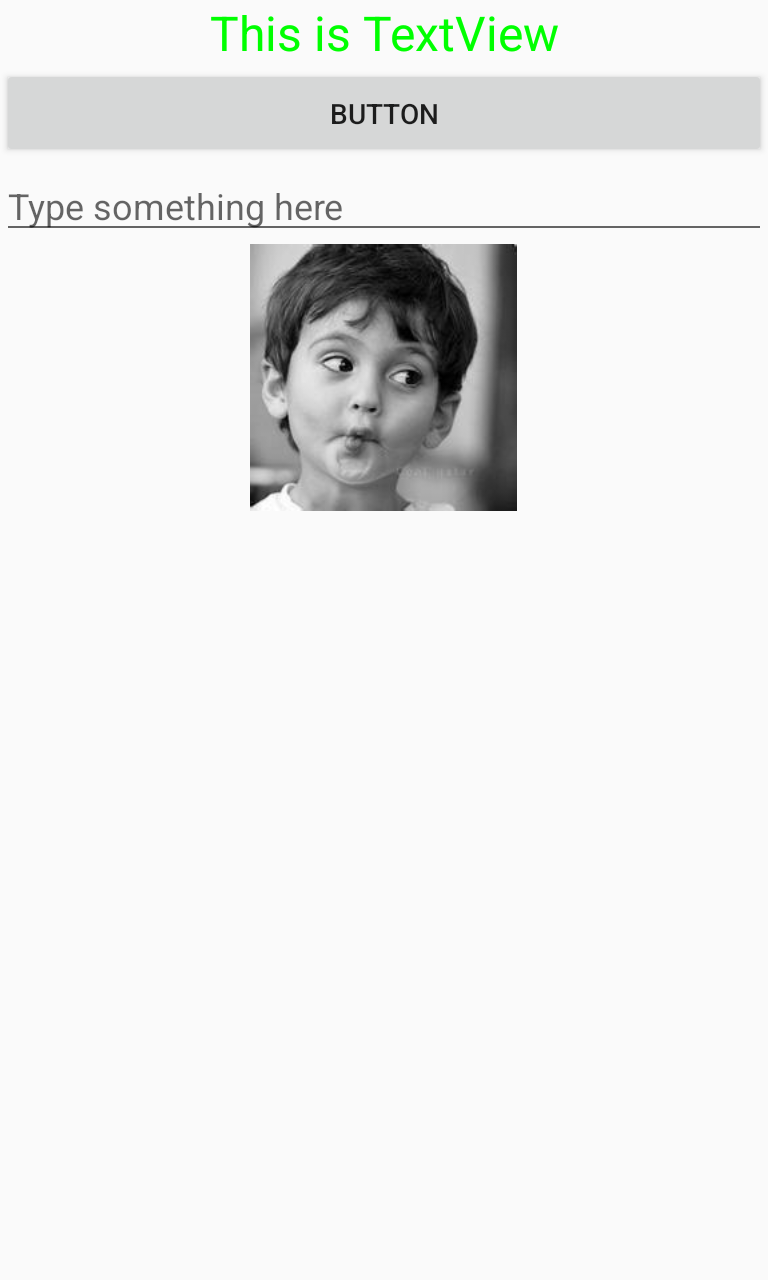
Repository: hohoTT/Android_summarize
Layout: UIWidgeTest/res/layout/activity_main.xml
An editor plug-in stored every save of this project. The layout is shown before and after the next save, followed by the edit.
It is drawn on a 768 x 1280 px phone screen (xhdpi) without system bars, with theme AppTheme; the app's code is not run.

Above is the layout before, as saved 2016-02-23 09:02:22.

### UIWidgeTest/res/layout/activity_main.xml
<LinearLayout xmlns:android="http://schemas.android.com/apk/res/android"
    android:layout_width="match_parent"
    android:layout_height="match_parent"
    android:orientation="vertical">

    <TextView
        android:id="@+id/text_view"
        android:layout_width="match_parent"
        android:layout_height="wrap_content"
        android:gravity="center"
        android:textSize="24sp"
        android:textColor="#00ff00"
        android:text="This is TextView" />

    <Button
        android:id="@+id/button"
        android:layout_width="match_parent"
        android:layout_height="wrap_content"
        android:text="Button" />

    <EditText
        android:id="@+id/edit_text"
        android:layout_width="match_parent"
        android:layout_height="wrap_content"
        android:hint="Type something here"
        android:maxLines="2" />

    <ImageView
        android:id="@+id/image_view"
        android:layout_width="wrap_content"
        android:layout_height="wrap_content"
        android:layout_gravity="center"
        android:src="@drawable/img" />

</LinearLayout>

Loaded but not shown: UIWidgeTest/res/values/styles.xml (common file); UIWidgeTest/res/values-v11/styles.xml (common file); UIWidgeTest/res/values-v14/styles.xml (common file)

After the next save:
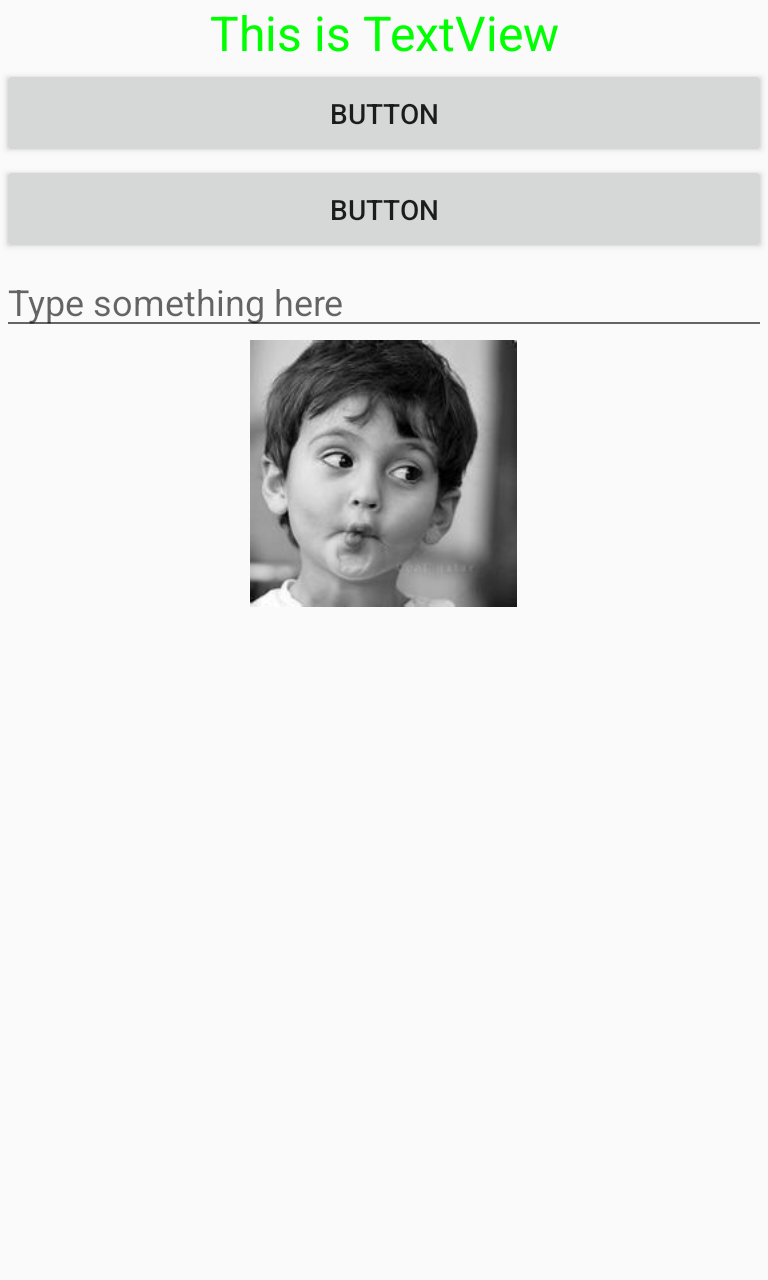
Saved 33 s later.
--- a/UIWidgeTest/res/layout/activity_main.xml
+++ b/UIWidgeTest/res/layout/activity_main.xml
@@ -18,6 +18,12 @@
         android:layout_height="wrap_content"
         android:text="Button" />
 
+    <Button
+        android:id="@+id/button_change_image"
+        android:layout_width="match_parent"
+        android:layout_height="wrap_content"
+        android:text="Button" />
+
     <EditText
         android:id="@+id/edit_text"
         android:layout_width="match_parent"
